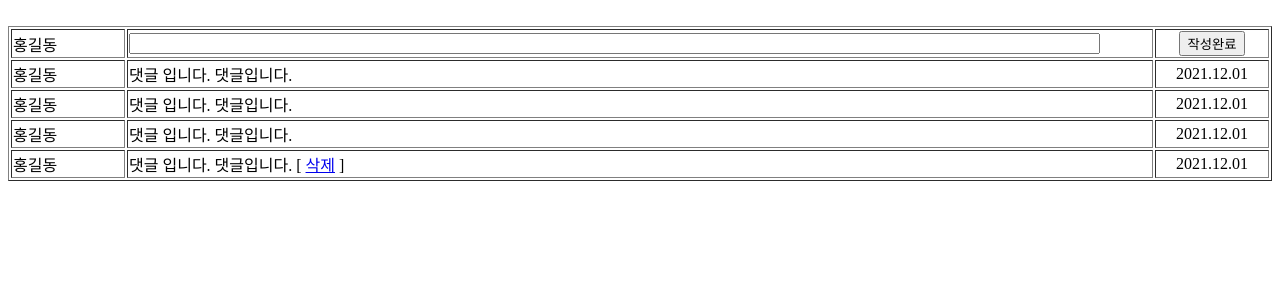
Repository: DevJoeYC/Metabukcs
Page: http://localhost/metabucks/PROTO/board/comment.jsp
An editor plug-in stored every save of this project. The page is shown before and after the next save, followed by the edit.
The browser window is 1280 px wide. The pictures show the whole page.
The page is served by Tomcat 9. Other server files are loaded and not shown.

Above is the page before, as saved 2022-05-25 05:17:48.

### metabucks/WebContent/PROTO/board/comment.jsp
<%@ page language="java" contentType="text/html; charset=UTF-8"
    pageEncoding="UTF-8"%>

<br>
<table border="1" style="width:100%;">
	<tr>
		<td width="110px">홍길동</td>
		<td><input type="text" style="width:95%"></td>
		<td width="110px" align="center"><input type="submit" value="작성완료"></td>
	</tr>
	<tr>
		<td width="110px">홍길동</td>
		<td>댓글 입니다. 댓글입니다.</td>
		<td width="110px" align="center">2021.12.01</td>
	</tr>
	<tr>
		<td width="110px">홍길동</td>
		<td>댓글 입니다. 댓글입니다.</td>
		<td width="110px" align="center">2021.12.01</td>
	</tr>
	<tr>
		<td width="110px">홍길동</td>
		<td>댓글 입니다. 댓글입니다.</td>
		<td width="110px" align="center">2021.12.01</td>
	</tr>
	<tr>
		<td width="110px">홍길동</td>
		<td>댓글 입니다. 댓글입니다. [ <a href="#">삭제</a> ]</td>
		<td width="110px" align="center">2021.12.01</td>
	</tr>
</table>

After the next save:
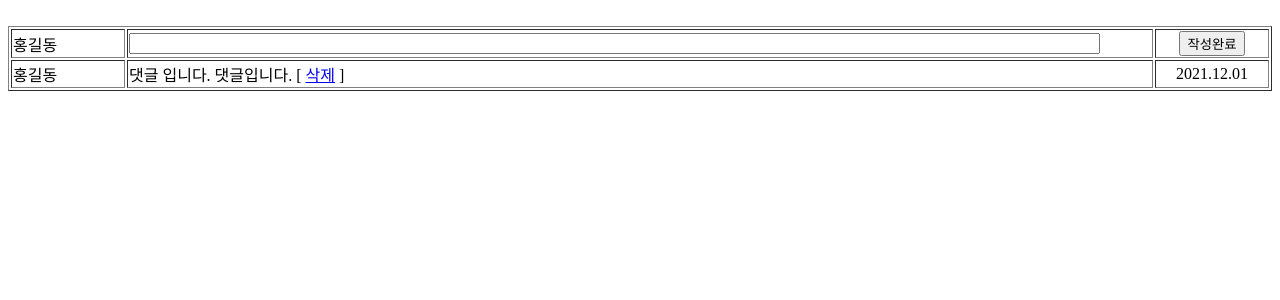
Saved 50 s later.
--- a/metabucks/WebContent/PROTO/board/comment.jsp
+++ b/metabucks/WebContent/PROTO/board/comment.jsp
@@ -1,6 +1,4 @@
-<%@ page language="java" contentType="text/html; charset=UTF-8"
-    pageEncoding="UTF-8"%>
-
+<%@ page language="java" contentType="text/html; charset=UTF-8" pageEncoding="UTF-8"%>
 <br>
 <table border="1" style="width:100%;">
 	<tr>
@@ -10,21 +8,6 @@
 	</tr>
 	<tr>
 		<td width="110px">홍길동</td>
-		<td>댓글 입니다. 댓글입니다.</td>
-		<td width="110px" align="center">2021.12.01</td>
-	</tr>
-	<tr>
-		<td width="110px">홍길동</td>
-		<td>댓글 입니다. 댓글입니다.</td>
-		<td width="110px" align="center">2021.12.01</td>
-	</tr>
-	<tr>
-		<td width="110px">홍길동</td>
-		<td>댓글 입니다. 댓글입니다.</td>
-		<td width="110px" align="center">2021.12.01</td>
-	</tr>
-	<tr>
-		<td width="110px">홍길동</td>
 		<td>댓글 입니다. 댓글입니다. [ <a href="#">삭제</a> ]</td>
 		<td width="110px" align="center">2021.12.01</td>
 	</tr>
